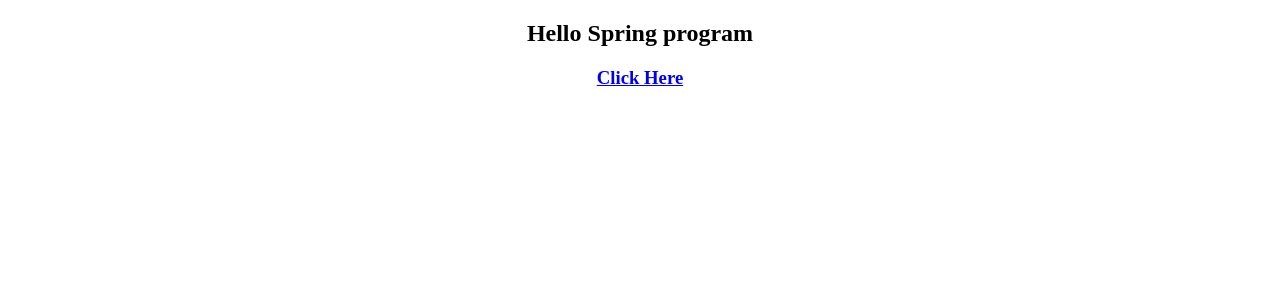
Repository: singhmohan333/spring
Page: http://localhost/HelloWorld/
These files come from the project's save history. The page is drawn as it stood at one moment and after the next save; the edit follows.
The browser window is 1280 px wide. The pictures show the whole page.
The page is served by Tomcat 9. Other server files are loaded and not shown.

Above is the page before, as saved 2018-01-23 10:56:57.

### HelloWorld/src/main/webapp/index.jsp
<%@ page language="java" contentType="text/html; charset=ISO-8859-1"

pageEncoding="ISO-8859-1"%>
<!DOCTYPE html PUBLIC "-//W3C//DTD HTML 4.01 Transitional//EN" "http://www.w3.org/TR/html4/loose.dtd">
<html>
<head>
<meta http-equiv="Content-Type" content="text/html; charset=ISO-8859-1">
<title>Spring 4 MVC - HelloWorld Index Page</title>
</head>
<body>

	<center>
		<h2>Hello Spring program</h2>
		<h3>
			<a href="hello?name=mohan">Click Here</a>
		</h3>
	</center>
</body>
</html>

After the next save:
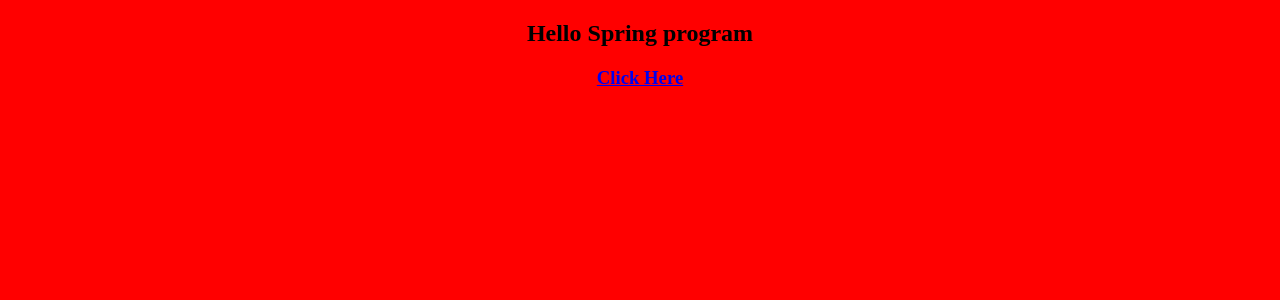
Saved 3 min 1 s later.
--- a/HelloWorld/src/main/webapp/index.jsp
+++ b/HelloWorld/src/main/webapp/index.jsp
@@ -7,7 +7,7 @@ pageEncoding="ISO-8859-1"%>
 <meta http-equiv="Content-Type" content="text/html; charset=ISO-8859-1">
 <title>Spring 4 MVC - HelloWorld Index Page</title>
 </head>
-<body>
+<body bgcolor="red">
 
 	<center>
 		<h2>Hello Spring program</h2>
